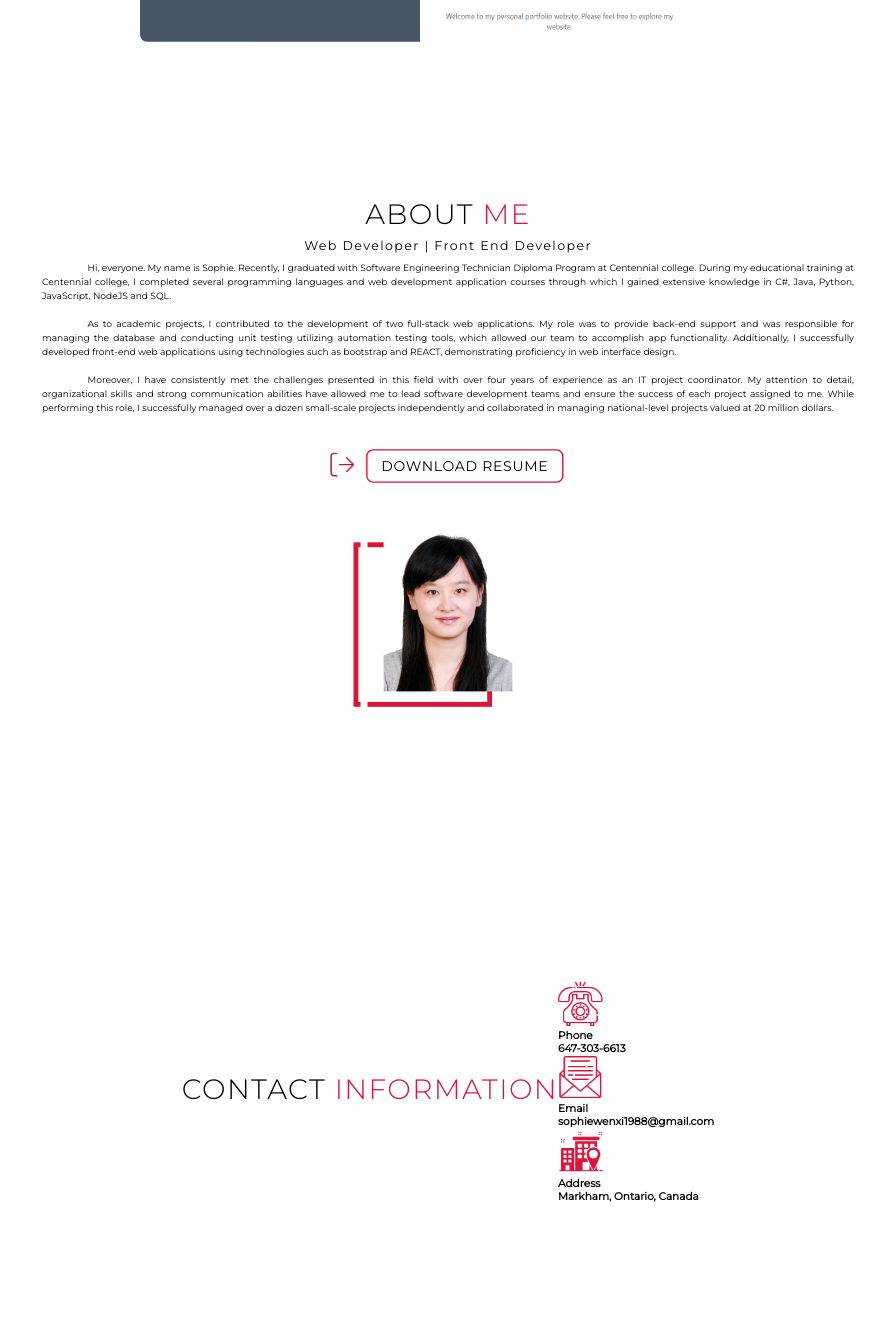
Repository: wenxi0504/StaticWebsite_Profolio
Page: index.html
These files come from the project's save history. The page is drawn as it stood at one moment and after the next save; the edit follows.
The browser window is 1280 px wide. The pictures show the part of the page from y = 1864 to 3784 px (the page is 3784 px tall), at 70% of full size.

Above is the page before, as saved 2022-03-04 23:40:03.

After the next save:
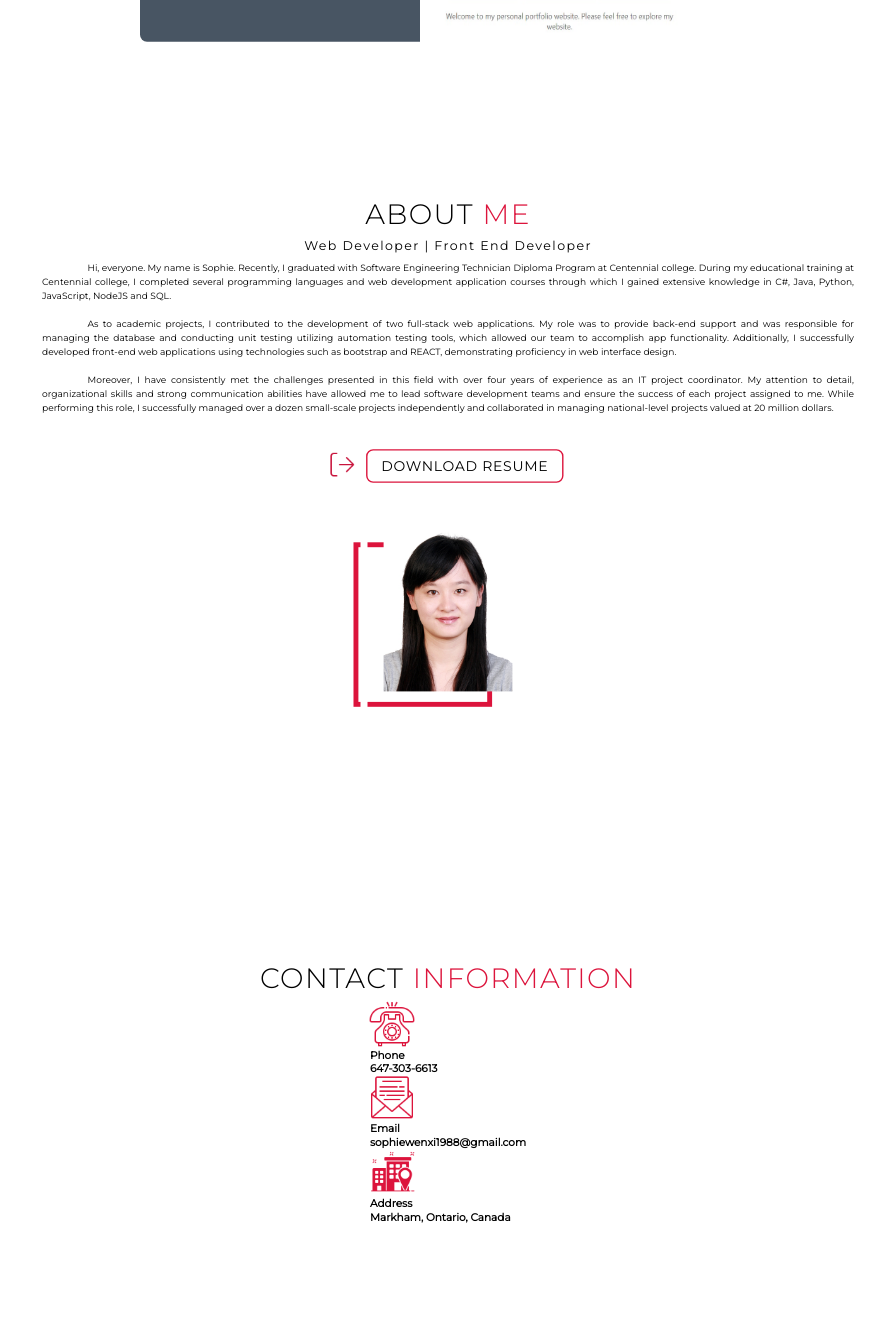
Saved 4 min 26 s later.
--- a/style.css
+++ b/style.css
@@ -323,5 +323,14 @@ animation-delay:0.5s
   border:7px solid crimson;
   z-index: -1;
 }
-
 /* End About Section */
+/* Contact Section */
+#contact .contact{
+  flex-direction: column;
+  max-width: 1200px;
+  margin:0 auto;
+  width:90%
+}
+
+
+/* End Contact Section */
